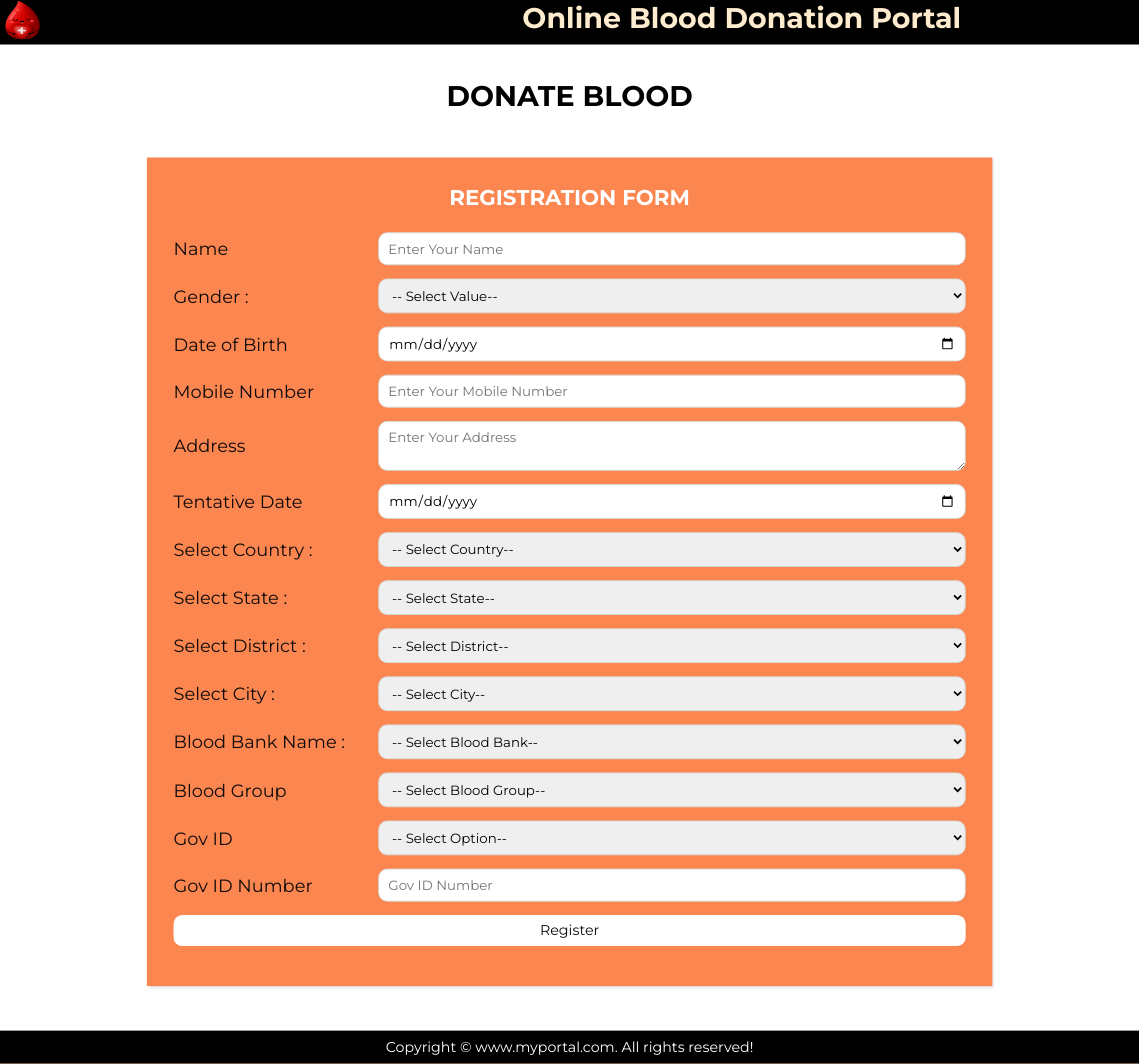
Repository: aditaya-burnwal/blood_donation_portal
Page: Donate Blood/donateblood.html
These files come from the project's save history. The page is drawn as it stood at one moment and after the next save; the edit follows.
The browser window is 1280 px wide. The pictures show the whole page, at 89% of full size.

Above is the page before, as saved 2021-05-16 13:55:59.

### Donate Blood/donateblood.html
<!DOCTYPE html>
<html lang="en">

<head>
    <meta charset="UTF-8">
    <meta http-equiv="X-UA-Compatible" content="IE=edge">
    <meta name="viewport" content="width=device-width, initial-scale=1.0">
    <link rel="icon" href="/Logo1.png">
    <link rel="stylesheet" href="donateblood.css">
    <title>Donate Blood</title>
</head>

<body>
    <div class="header">
        <img src="/Logo1.png" height="50px" width="50px">
        <h1 id="title"> Online Blood Donation Portal</h1>
    </div>
    <br>
    <br>
    <h1 align="center">DONATE BLOOD</h1>
    <div class="wrapper">
        <div class="title">
            Registration Form
        </div>

        <div class="form">
            <div class="inputfield">
                <label>Name</label>
                <input type="text" name="name" placeholder="Enter Your Name" class="input" required>
            </div>

            <div class="inputfield">
                <label>Gender :</label>
                <select class="input" required>
                    <option value="">-- Select Value--</option>
                    <option value="Male">Male</option>
                    <option value="Female">Female</option>
                    <option value="Others">Others</option>
                </select>
            </div>

            <div class="inputfield">
                <label>Date of Birth</label>
                <input type="date" name="date" class="input">
            </div>

            <div class="inputfield">
                <label>Mobile Number</label>
                <input type="number" name="mobile" placeholder="Enter Your Mobile Number" class="input">
            </div>

            <div class="inputfield">
                <label>Address</label>
                <textarea name="address" placeholder="Enter Your Address" class="input"></textarea>
            </div>

            <div class="inputfield">
                <label>Tentative Date</label>
                <input type="date" name="tendate" class="input">
            </div>


            <div class="inputfield">
                <label>Select Country :</label>
                <select class="input">
                    <option value="">-- Select Country--</option>
                    <option value="India">India</option>
                    <option value="USA">USA</option>
                </select>
            </div>

            <div class="inputfield">
                <label>Select State :</label>
                <select class="input">
                    <option value="">-- Select State--</option>
                    <optgroup label="India">
                        <option value="Bihar">Bihar</option>
                        <option value="Delhi">Delhi</option>
                        <option value="Jharkhand">Jharkhand</option>
                        <option value="West Bengal">West Bengal</option>
                    </optgroup>
                    <optgroup label="USA">
                        <option value="New Mexico">New Mexico</option>
                        <option value="Texas">Texas</option>
                        <option value="Washington">Washington</option>
                    </optgroup>
                </select>
            </div>
            <div class="inputfield">
                <label>Select District :</label>
                <select class="input">
                    <option value="">-- Select District--</option>
                    <optgroup label="India">
                        <optgroup label="Bihar">
                            <option value="Bhagalpur">Bhagalpur</option>
                            <option value="Patna">Patna</option>
                        </optgroup>
                        <optgroup label="Jharkhand">
                            <option value="Deoghar">Deoghar</option>
                            <option value="Dhanbad">Dhanbad</option>
                        </optgroup>
                        <optgroup label="Delhi">
                        <option value="New Delhi">New Delhi</option>
                    </optgroup>
                    <optgroup label="West Bengal">
                        <option value="Howrah">Howrah</option>
                        <option value="Kolkata">Kolkata</option>
                        <option value="North 24 Parganas">North 24 Parganas</option>
                    </optgroup>
                </optgroup>
                    <optgroup label="USA">
                        <option value="New Mexico">New Mexico</option>
                        <option value="Texas">Texas</option>
                        <option value="Washington">Washington</option>
                    </optgroup>
                </select>
            </div>
            <div class="inputfield">
                <label>Select City : </label>
                <select class="input">
                    <option value="">-- Select City--</option>
                    <optgroup label="Bhagalpur">
                        <option value="Bhagalpur">Bhagalpur</option>
                        <option value="Sultanganj">Sultanganj</option>
                    </optgroup>
                    <optgroup label="Patna">
                        <option value="Danapur">Danapur</option>
                        <option value="Patna">Patna</option>
                    </optgroup>
                    <optgroup label="Deoghar">
                        <option value="Deoghar">Deoghar</option>
                        <option value="Madhupur">Madhupur</option>
                    </optgroup>
                    <optgroup label="Dhanbad">
                        <option value="Dhanbad">Dhanbad</option>
                    </optgroup>
                    <optgroup label="Delhi">
                        <option value="Firozabad">Firozabad</option>
                        <option value="New Delhi">New Delhi</option>
                    </optgroup>
                    <optgroup label="West Bengal">
                        <option value="Howrah">Howrah</option>
                        <option value="Kolkata">Kolkata</option>
                        <option value="Salt Lake City">Salt Lake City</option>
                    </optgroup>
                    <optgroup label="USA">
                        <option value="Brownsville">Brownsville</option>
                        <option value="Chicago">Chicago</option>
                        <option value="Las Cruces">Las Cruces</option>
                        <option value="New York City">New York City</option>
                        <option value="Seattle">Seattle</option>
                    </optgroup>
                </select>
            </div>

            <div class="inputfield">
                <label>Blood Bank Name : </label>
                <select class="input">
                    <option value="">-- Select Blood Bank--</option>
                    <optgroup label="Bhagalpur">
                        <option value="JLNMCHB">Blood Bank JLNMCH Bhagalpur</option>
                    </optgroup>
                    <optgroup label="Patna">
                        <option value="PMCH">Bihar State Blood Bank, PMCH, Patna</option>
                        <option value="IGIMSP">Blood Bank IGIMS Patna</option>
                        <option value="NMCH">Blood Bank NMCH Patna</option>
                    </optgroup>
                    <optgroup label="Deoghar">
                        <option value="SadarHosDeo">Blood Bank, Sadar Hospital, Deoghar</option>
                    </optgroup>
                    <optgroup label="Dhanbad">
                        <option value="PMCHS">Blood Bank, PMCHS, Dhanbad</option>
                        <option value="CHBB">Central Hospital Blood Bank</option>
                    </optgroup>
                    <optgroup label="Delhi">
                        <option value="KGH">Blood Bank, Kasturba Gandhi Hospital</option>
                        <option value="NRCH">Blood Bank, NRCH</option>
                        <option value="IRCNH">Indian Red Cross NH Blood Bank</option>
                    </optgroup>
                    <optgroup label="West Bengal">
                        <option value="BDHBB">Barasat District Hospital Blood Bank</option>
                        <option value="CMCH">Calcutta Medical College and Hospital</option>
                        <option value="NRSMCH">N.R.S Medical College and Hospital</option>

                    </optgroup>
                    <optgroup label="USA">
                        <option value="AABB">American Association of Blood Banks</option>
                        <option value="Alphacord">Alphacord</option>
                        <option value="ARCS">American Red Cross Services</option>
                        <option value="GCRBC">Gulf Coast Regional Blood Center</option>
                        <option value="Vitalant">Vitalant</option>
                    </optgroup>
                </select>
            </div>

            <div class="inputfield">
                <label>Blood Group</label>

                <select class="input" name="blgr">
                    <option value="">-- Select Blood Group--</option>
                    <option value="A +ve">A +ve</option>
                    <option value="A -ve">A -ve</option>
                    <option value="B +ve">B +ve</option>
                    <option value="B -ve">B -ve</option>
                    <option value="AB +ve">AB +ve</option>
                    <option value="AB -ve">AB -ve</option>
                    <option value="O +ve">O +ve</option>
                    <option value="O -ve">O -ve</option>
                </select>
            </div>

            <div class="inputfield">
                <label>Gov ID</label>

                <select class="input" name="GovId">
                    <option value="">-- Select Option--</option>
                    <option value="Aadhaar">Aadhaar Number</option>
                    <option value="DL">Driving License</option>
                    <option value="GovtIdent">Govt Authority Identifier</option>
                    <option value="PAN">PAN</option>
                    <option value="passport">Passport Number</option>
                    <option value="VoterId">Voter Id</option>
                </select>
            </div>

            <div class="inputfield">
                <label>Gov ID Number</label>
                <input type="number" name="GovIdNo" placeholder="Gov ID Number" class="input">
            </div>

            <div class="inputfield">
                <a href="/this" class="submit">Register</a>
                <!-- <button type="submit" class="submit-btn">Log In</button> -->
            </div>
        </div>

    </div>


    <!-- <section>
        <marquee>
            Warning: Do not pay any amount to a person promising supply of blood packets or arranging donors.
            We don't collect money for any services provided.
        </marquee>
    </section> -->

    <footer>
        <div class="center">
            Copyright &copy; www.myportal.com. All rights reserved!
        </div>
    </footer>

</body>
<!--
<script>
    var stateObject = {
    "India": { "Delhi": ["new Delhi", "North Delhi"],
    "Kerala": ["Thiruvananthapuram", "Palakkad"],
    "Goa": ["North Goa", "South Goa"],
    },
    "Australia": {
    "South Australia": ["Dunstan", "Mitchell"],
    "Victoria": ["Altona", "Euroa"]
    }, "Canada": {
    "Alberta": ["Acadia", "Bighorn"],
    "Columbia": ["Washington", ""]
    },
    }
    window.onload = function () {
    var countySel = document.getElementById("countySel"),
    stateSel = document.getElementById("stateSel"),
    districtSel = document.getElementById("districtSel");
    for (var country in stateObject) {
    countySel.options[countySel.options.length] = new Option(country, country);
    }
    countySel.onchange = function () {
    stateSel.length = 1; // remove all options bar first
    districtSel.length = 1; // remove all options bar first
    if (this.selectedIndex < 1) return; // done
    for (var state in stateObject[this.value]) {
    stateSel.options[stateSel.options.length] = new Option(state, state);
    }
    }
    countySel.onchange(); // reset in case page is reloaded
    stateSel.onchange = function () {
    districtSel.length = 1; // remove all options bar first
    if (this.selectedIndex < 1) return; // done
    var district = stateObject[countySel.value][this.value];
    for (var i = 0; i < district.length; i++) {
    districtSel.options[districtSel.options.length] = new Option(district[i], district[i]);
    }
    }
    }
    </script> -->

</html>

### Donate Blood/donateblood.css
/* *{
    margin:0;
    padding:0;
    font-family: sans-serif;
}

#header{
    display: inline-flex;
    flex-direction: row;
    height: 50%;
    justify-content: center;
    text-align: center;
    font-family: 'Bree Serif', serif;
}
.donation-form-box{
    width: 480px;
    height: 480px;
    align-items: center;
    position: relative;
    margin: 6% auto;
    background: rgb(255, 82, 29);
    padding: 5px;
    overflow: hidden;
}

.input-group{
    align-items:center;
} */

@import url('https://fonts.googleapis.com/css?family=Montserrat:400,700&display=swap');

*{
  margin: 0;
  padding: 0;
  box-sizing: border-box;
  font-family: 'Montserrat', sans-serif;
}

html{
  scroll-behavior: smooth;
}

.wrapper{
  max-width: 950px;
  width: 100%;
  background: rgb(252, 134, 80);
  margin: 50px auto;
  box-shadow: 2px 2px 4px rgba(0,0,0,0.125);
  padding: 30px;
}

.wrapper .title{
  font-size: 24px;
  font-weight: 700;
  margin-bottom: 25px;
  color: #fff;
  text-transform: uppercase;
  text-align: center;
}

.wrapper .form{
  width: 100%;

}

.wrapper .form .inputfield{
  margin-bottom: 15px;
  display:flex;
  align-items: center;
}

.wrapper .form .inputfield label{
  width: 300px;
  color: #0e0a0a;
  margin-right: 10px;
  font-size: 20px;
  font-weight:500;
}

.wrapper .form .inputfield .input{
  width: 100%;
  outline: none;
  border: 1px solid #d5dbd9;
  font-size: 15px;
  padding: 8px 10px;
  border-radius: 10px;
}
.submit{
  width: 100%;
  text-decoration: none;
  text-align: center;
  color: #0e0a0a;
  background-color: white;
  padding: 8px 10px;
  border-radius: 10px;
}


.wrapper .form .inputfield .input:focus
{
  border: 1px solid #fe4d07;
}


.wrapper .form .inputfield .btn{
  width: 100%;
   padding: 8px 10px;
  font-size: 15px;
  border: 0px;
  background:  #f5d93d;
  color: rgb(7, 7, 7);
  cursor: pointer;
  border-radius: 3px;
  outline:none;
}



@media (max-width:420px) {
  .wrapper .form .inputfield{
    flex-direction: column;
    align-items: flex-start;
  }
  .wrapper .form .inputfield label{
    margin-bottom: 5px;
  }

}

.header{
    height: 50px;
    width: 100%;
    background: black;
}

#title{
    color: blanchedalmond;
    float: right;
    margin-right: 200px;
}

footer{
  background: black;
  color: white;
  padding: 9px 20px;
}

.center{
  text-align: center;
}

After the next save:
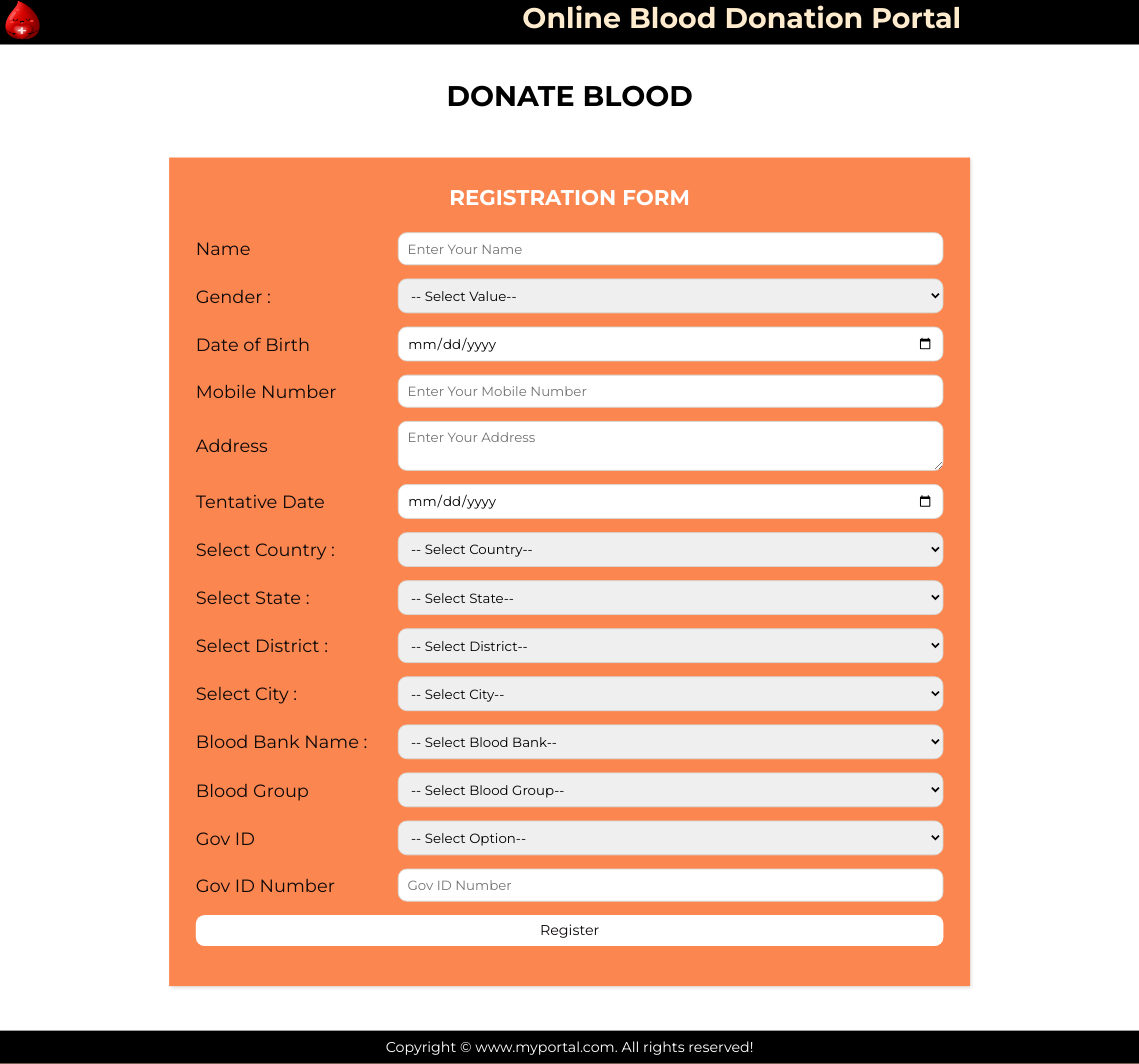
Saved 20 s later.
--- a/Donate Blood/donateblood.css
+++ b/Donate Blood/donateblood.css
@@ -41,7 +41,7 @@ html{
 }
 
 .wrapper{
-  max-width: 950px;
+  max-width: 900px;
   width: 100%;
   background: rgb(252, 134, 80);
   margin: 50px auto;
